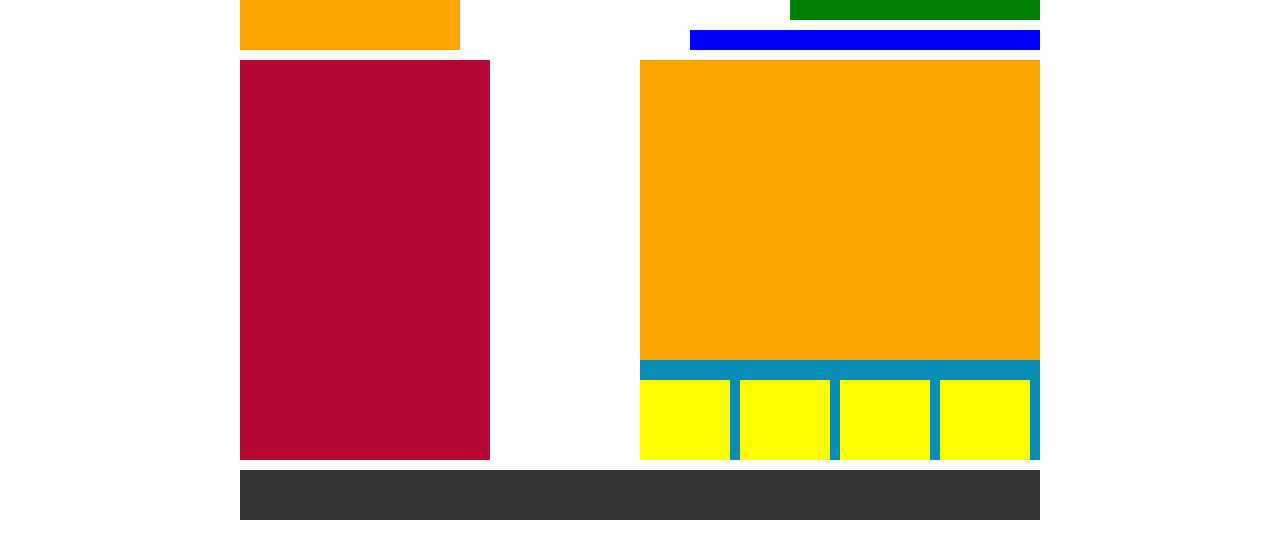
Repository: Tdaine/node
Page: css/code/floatWebLayout.html
These files come from the project's save history. The page is drawn as it stood at one moment and after the next save; the edit follows.
The browser window is 1280 px wide. The pictures show the whole page.

Above is the page before, as saved 2021-04-28 15:47:59.

After the next save:
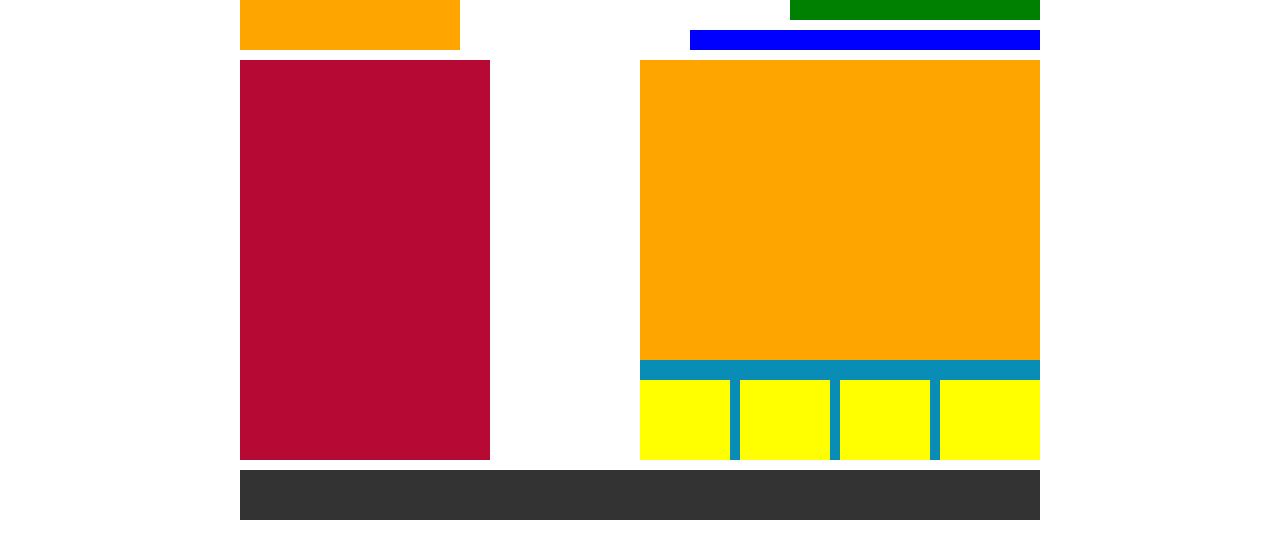
Saved 9 s later.
--- a/css/code/floatWebLayout.html
+++ b/css/code/floatWebLayout.html
@@ -80,6 +80,7 @@
     }
     .content main .pics ul li:last-child{
       margin-right: 0px;
+      width: 100px;
     }
   </style>
 </head>
